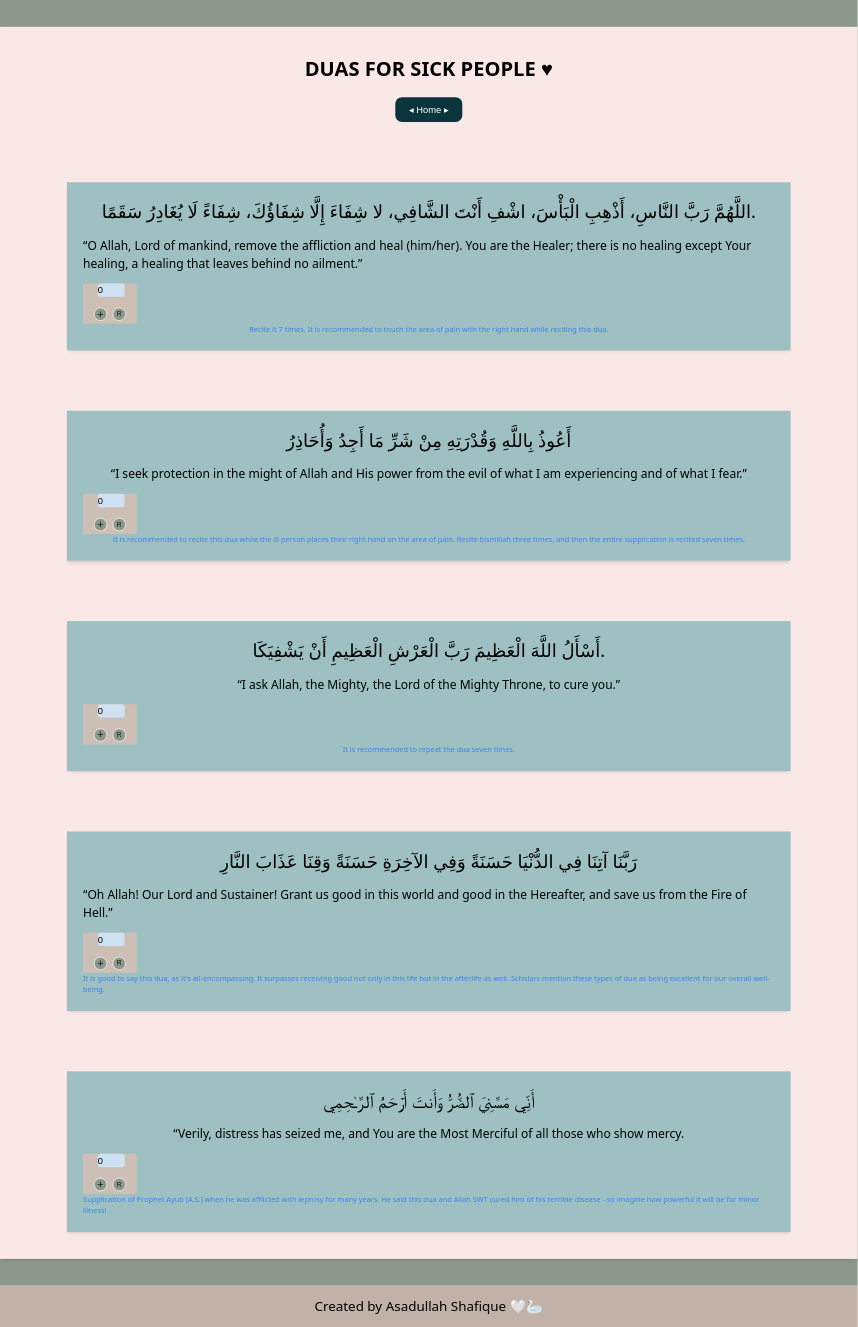
Repository: asadullah48/Duas_Diary
Page: /sick
The author's editor kept a copy of each file at every save. The page is drawn from the files as they stood at one save, then again after a run of saves.
The browser window is 1280 px wide. The pictures show the whole page, at 67% of full size.
The project was rebuilt for these pictures with package versions that can differ from the ones it lists, and the page was loaded fresh each time. The framework's server and built-in components were replaced by stand-ins that run in the browser. Also part of the build but not shown: next.config.ts.

Above is the page before, as saved 2024-11-30 10:13:13.

### src/app/layout.tsx
import type { Metadata } from "next";
import localFont from "next/font/local";
import "./globals.css";
import Footer from "../components/footer";

const geistSans = localFont({
  src: "./fonts/GeistVF.woff",
  variable: "--font-geist-sans",
  weight: "100 900",
});
const geistMono = localFont({
  src: "./fonts/GeistMonoVF.woff",
  variable: "--font-geist-mono",
  weight: "100 900",
});

export const metadata: Metadata = {
  title: "Create Next App",
  description: "Generated by create next app",
};

export default function RootLayout({
  children,
}: Readonly<{
  children: React.ReactNode;
}>) {
  return (
    <html lang="en">
      <body
        className={`${geistSans.variable} ${geistMono.variable} antialiased`}
      >
        {children}
        <Footer/>
      </body>
    </html>
  );
}

### src/app/sick/page.tsx
import Link from "next/link";
import LightPinkSection from "@/components/props";
import Button from "@/components/button";

export default function Sick() {
  return (
    <div className="w-full h-auto bg-[#8D988D] flex justify-center items-center py-10">
      <div className="w-[95%] lg:w-[1300px] h-auto bg-[#F9E8E5] p-5 lg:p-10 rounded-md shadow-md">
        <div className="font-sans font-bold text-[24px] lg:text-[30px] text-black text-center mb-5">
          DUAS FOR SICK PEOPLE ♥
        </div>
        <Link href="/">
          <button className="bg-[#0c343d] text-white text-[12px] lg:text-[14px] mt-3 mb-5 mx-auto block rounded-[10px] px-5 py-2">
            ◂ Home ▸
          </button>
        </Link>

        {/* Dua Sections */}
        <LightPinkSection
          paragraph="اللَّهُمَّ رَبَّ النَّاسِ، أَذْهِبِ الْبَأْسَ، اشْفِ أَنْتَ الشَّافِي، لا شِفَاءَ إِلَّا شِفَاؤُكَ، شِفَاءً لَا يُغَادِرُ سَقَمًا."
          paragraph2="“O Allah, Lord of mankind, remove the affliction and heal (him/her). You are the Healer; there is no healing except Your healing, a healing that leaves behind no ailment.”"
          buttonText={<Button />}
          note="Recite it 7 times. It is recommended to touch the area of pain with the right hand while reciting this dua."
        />
        <LightPinkSection
          paragraph="أَعُوذُ بِاللَّهِ وَقُدْرَتِهِ مِنْ شَرِّ مَا أَجِدُ وَأُحَاذِرُ"
          paragraph2="“I seek protection in the might of Allah and His power from the evil of what I am experiencing and of what I fear.”"
          buttonText={<Button />}
          note="It is recommended to recite this dua while the ill person places their right hand on the area of pain. Recite bismillah three times, and then the entire supplication is recited seven times."
        />
        <LightPinkSection
          paragraph="أَسْأَلُ اللَّهَ الْعَظِيمَ رَبَّ الْعَرْشِ الْعَظِيمِ أَنْ يَشْفِيَكَا."
          paragraph2="“I ask Allah, the Mighty, the Lord of the Mighty Throne, to cure you.”"
          buttonText={<Button />}
          note="It is recommended to repeat the dua seven times."
        />
        <LightPinkSection
          paragraph="رَبَّنَا آتِنَا فِي الدُّنْيَا حَسَنَةً وَفِي الآخِرَةِ حَسَنَةً وَقِنَا عَذَابَ النَّارِ"
          paragraph2="“Oh Allah! Our Lord and Sustainer! Grant us good in this world and good in the Hereafter, and save us from the Fire of Hell.”"
          buttonText={<Button />}
          note="It is good to say this dua, as it's all-encompassing. It surpasses receiving good not only in this life but in the afterlife as well. Scholars mention these types of dua as being excellent for our overall well-being."
        />
        <LightPinkSection
          paragraph="أَنِّي مَسَّنِيَ ٱلضُّرُّ وَأَنتَ أَرۡحَمُ ٱلرَّـٰحِمِي"
          paragraph2="“Verily, distress has seized me, and You are the Most Merciful of all those who show mercy."
          buttonText={<Button />}
          note="Supplication of Prophet Ayub (A.S.) when he was afflicted with leprosy for many years. He said this dua and Allah SWT cured him of his terrible disease - so imagine how powerful it will be for minor illness!"
        />
      </div>
    </div>
  );
}

### src/components/footer.tsx
// components/Footer.tsx
export default function Footer() {
    return (
      <footer className="w-full bg-[#C1B1A6] py-4">
        <div className="text-center text-black font-sans text-[16px] sm:text-[18px] lg:text-[20px]">
          Created by Asadullah Shafique 🤍🦢
        </div>
      </footer>
    );
  }

### src/components/props.tsx
import { ReactNode } from "react";

type SectionProps = {
  paragraph: string;
  buttonText: ReactNode;
  paragraph2: string;
  note: string; // Allows JSX elements, strings, or components
};

export default function LightPinkSection({
  paragraph,
  buttonText,
  paragraph2,
  note,
}: SectionProps) {
  return (
    <div className="w-[90%] bg-[#85b4b8c5] p-6 rounded-lg mx-auto shadow-md mt-[90px]">
      <p className="text-black text-[27px] font-sans mb-4 flex justify-center">
        {paragraph}
      </p>
      <p className="text-black text-[18px] font-sans mb-4 flex justify-center">
        {paragraph2}
      </p>
      <div>{buttonText}</div>
      <p className="text-blue-500 text-[11px] font-sans flex justify-center">
        {note}
      </p>
    </div>
  );
}

### src/components/button.tsx
"use client";

import { useState } from "react";

export default function Button() {
  // hook, event ke against ui ko update krna
  let [count, setcount] = useState(0); //returns array ik element hota hai jese yaha pr 0 hai  ik function aur jo function hota hai woh humari value hoti h
  console.log(count);

  const handleClick = () => {
    setcount(count + 1); //re-renders new value
  };

  const handleReset = () => {
    setcount(0); // reset back to 0
  };

  return (
    <div className="bg-[#CEBFB6] w-[80px] h-[60px] flex flex-col items-center justify-between">
      <p className="text-black w-[40px] flex text-sm bg-[#cfe2f3] rounded ml-1">
        {count}
      </p>

      <div className="flex space-x-2 mt-2">
        <button
          onClick={handleClick}
          className="bg-[#8D988D] w-[20px] h-[20px] px-1 py-1 rounded-full border mt-1 mb-1 border-white flex items-center justify-center text-center"
        >
          +
        </button>

        {/* Reset Button */}
        <button
          onClick={handleReset}
          className="bg-[#8D988D] w-[20px] h-[20px] px-1 py-1 rounded-full border mt-1 mb-1 border-white flex items-center justify-center text-[10px] text-center"
        >
          R
        </button>
      </div>
    </div>
  );
}

Loaded but not shown: src/app/globals.css (common file); tailwind.config.ts (common file)

After the next 2 saves:
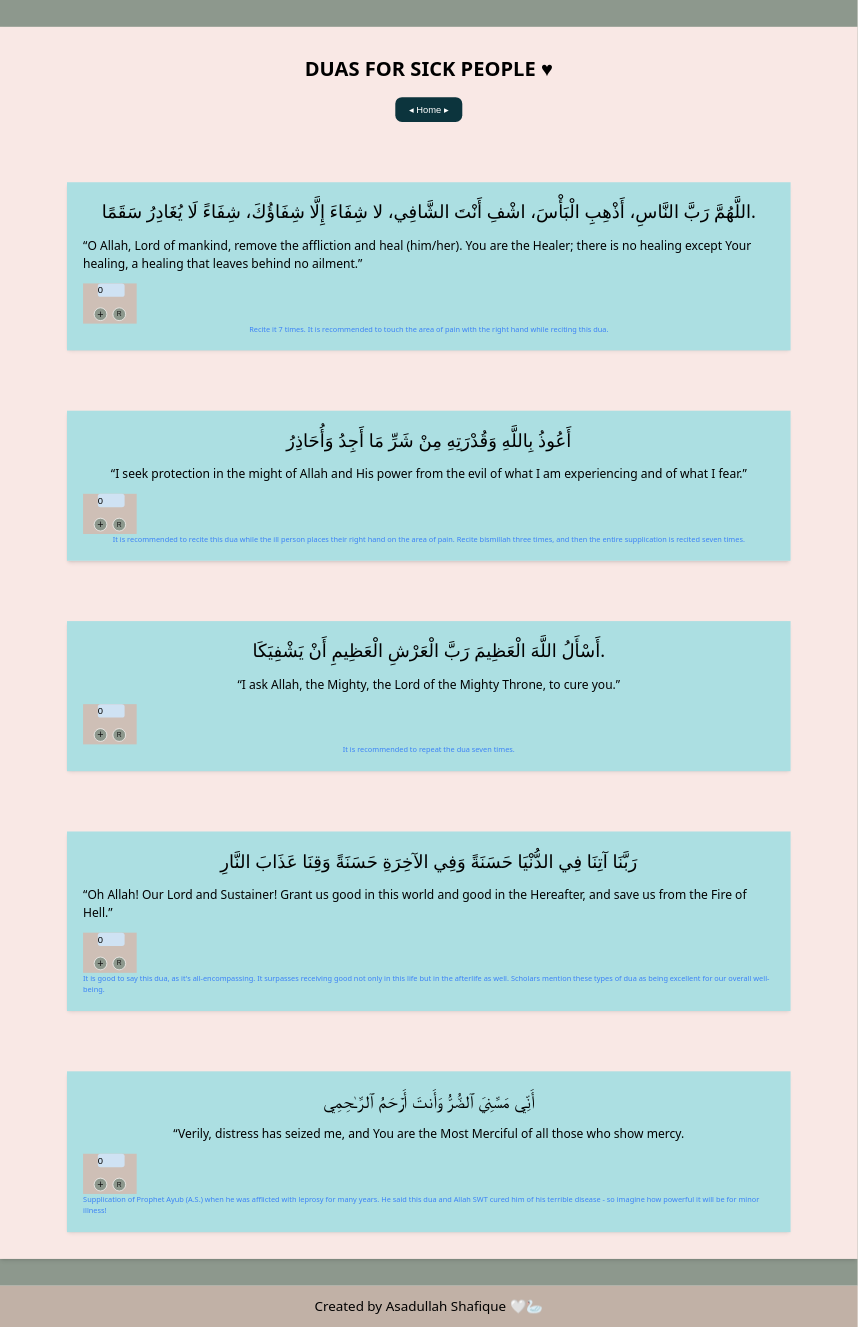
The 2 saves are shown as one change because they came seconds apart.
The last was saved 7 s later.
--- a/src/components/props.tsx
+++ b/src/components/props.tsx
@@ -14,7 +14,7 @@ export default function LightPinkSection({
   note,
 }: SectionProps) {
   return (
-    <div className="w-[90%] bg-[#85b4b8c5] p-6 rounded-lg mx-auto shadow-md mt-[90px]">
+    <div className="w-[90%] bg-[#97dde2c5] p-6 rounded-lg mx-auto shadow-md mt-[90px]">
       <p className="text-black text-[27px] font-sans mb-4 flex justify-center">
         {paragraph}
       </p>
